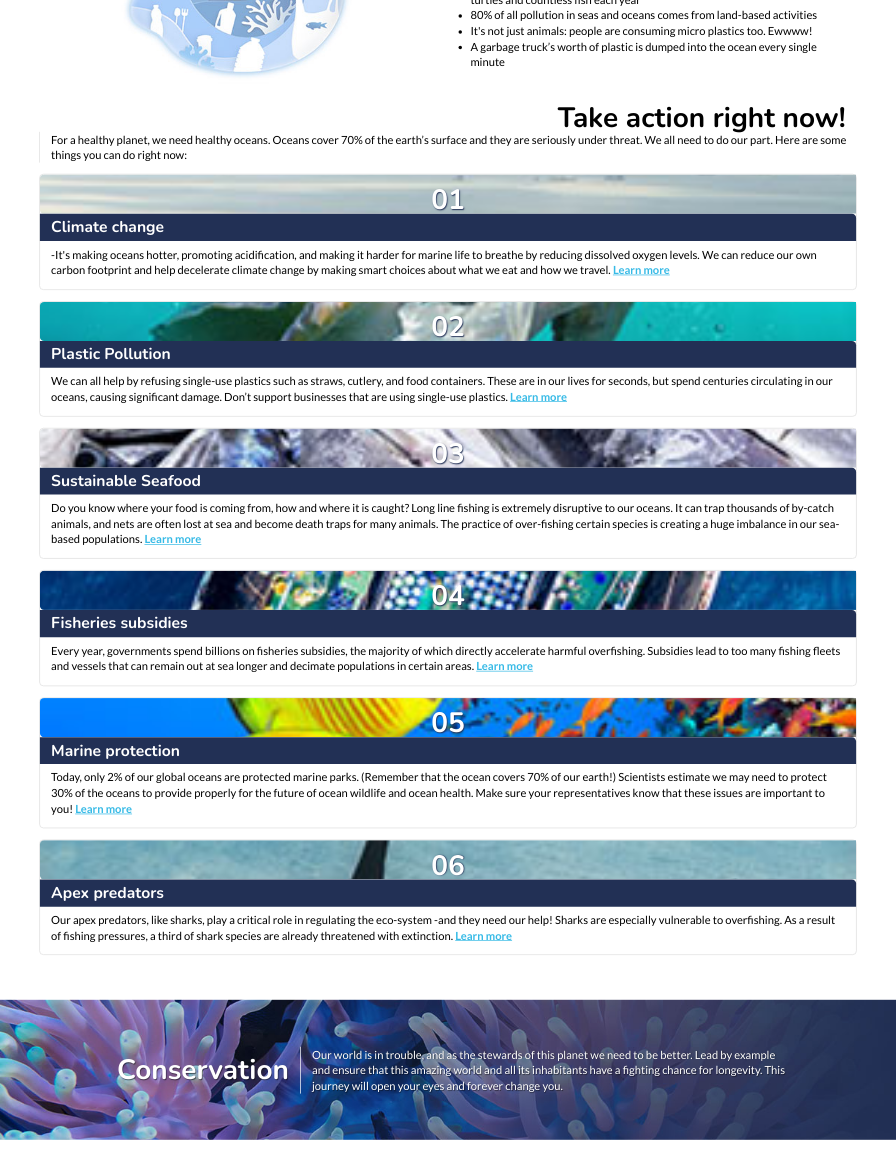
Repository: mariocapitbrok/css-combining-grid-and-flexbox-ch04
Page: 04_11/04_11_start.html
These files come from the project's save history. The page is drawn as it stood at one moment and after the next save; the edit follows.
The browser window is 1280 px wide. The pictures show the part of the page from y = 2935 to 4855 px (the page is 4596 px tall before and 5620 px after), at 70% of full size.

Above is the page before, as saved 2022-10-10 20:29:45.

After the next save:
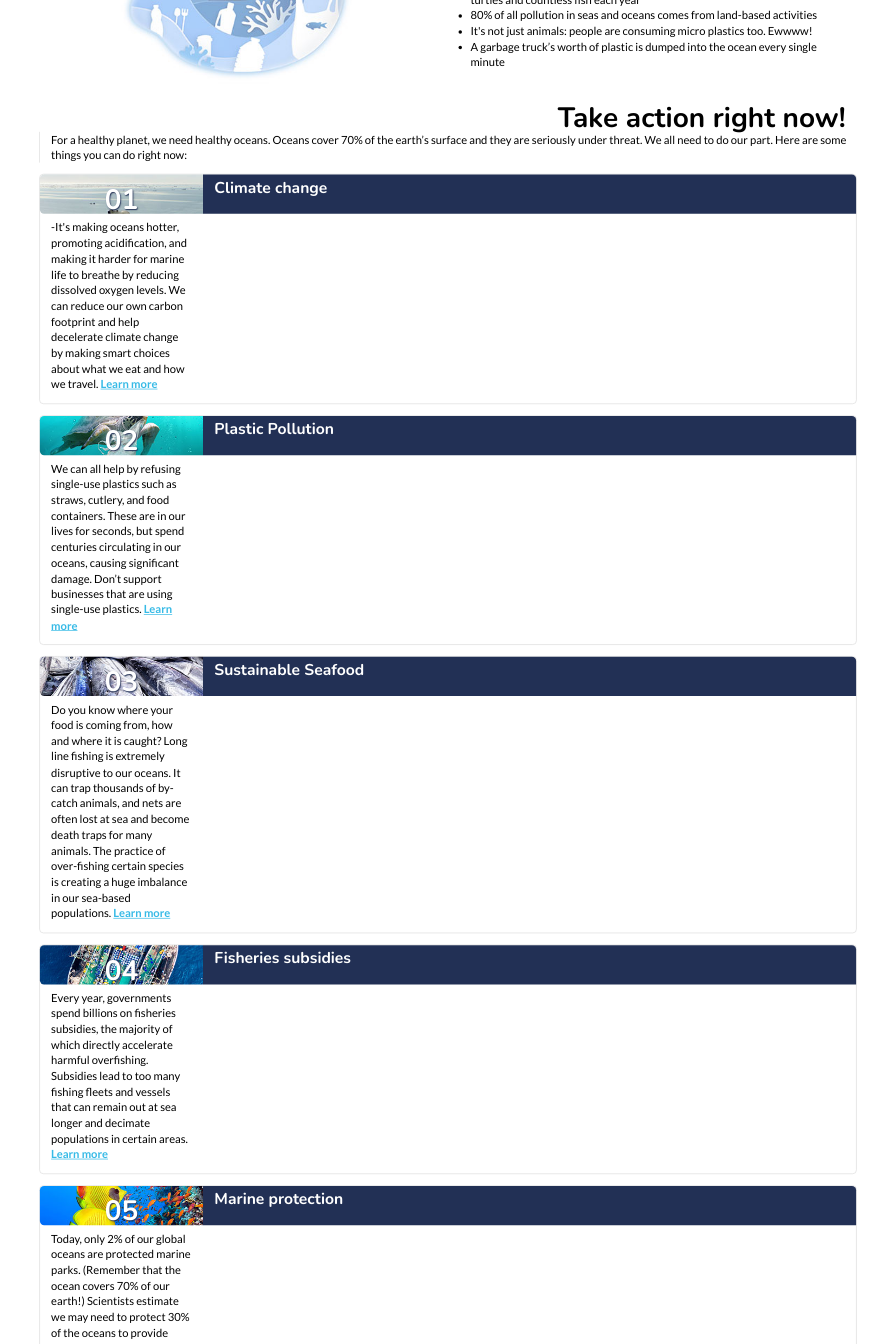
Saved 8 min 31 s later.
--- a/04_11/styles/base.css
+++ b/04_11/styles/base.css
@@ -497,6 +497,9 @@ section.problem {
   border-radius: 6px;
   list-style-type: none;
   margin: 1rem auto;
+  display: grid;
+  grid-template-columns: 1fr 4fr;
+  grid-template-rows: auto;
 }
 
 .action li h1 {
